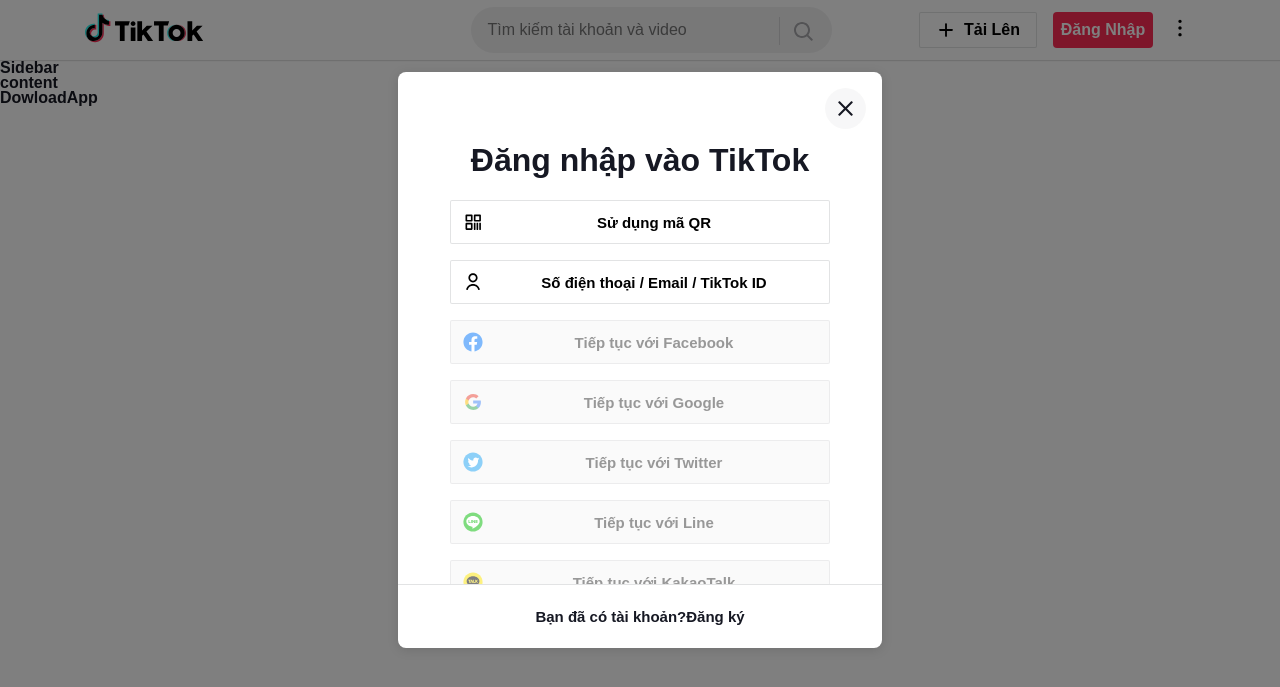
Repository: DinhCuongYP/tiktokclone
Page: /, after clicking the first element matching `button.Button_f8f29_btn`
An editor plug-in stored every save of this project. The page is shown before and after the next save, followed by the edit.
The browser window is 1280 px wide. The pictures show the whole page.
The page's requests for data from a server got no answer. An inner scrolling area shows only its first screen. Some web fonts or font styles are not loaded; a fallback is used. The project was rebuilt for these pictures with package versions that can differ from the ones it lists, and the page was loaded fresh each time. No one was signed in, and anything a server would have sent is missing. Also part of the build but not shown: src/components/Image/Image.module.scss, src/assets/image/index.js, src/components/Image/Image.js, src/components/Image/index.js, src/components/ShowTick/ShowTick.module.scss, src/components/ShowTick/ShowTick.js, src/components/ShowTick/index.js, src/components/Items/SearchAccountItem/SearchAccountItem.module.scss and 15 more. Imported but missing from the stored project, and not drawn on this page: src/layouts/HeaderOnly.

Above is the page before, as saved 2023-03-17 20:51:39.

After the next save:
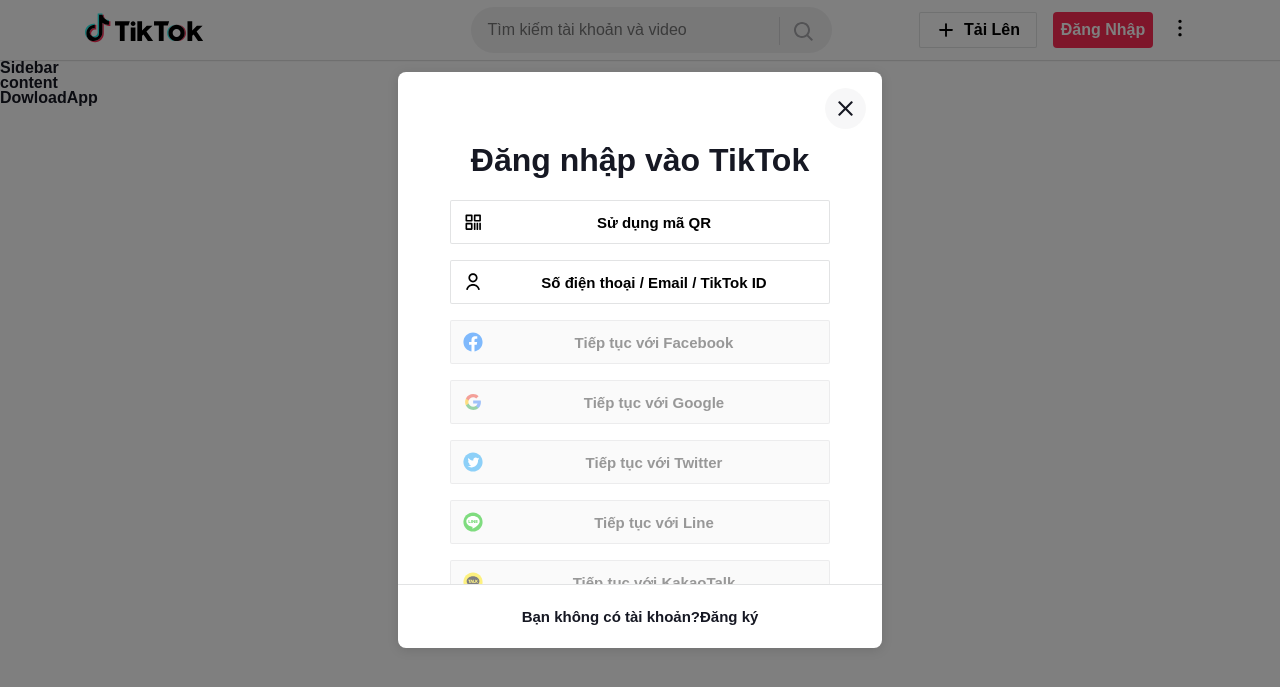
Saved 36 s later.
--- a/src/components/Modal/LoginModal/LoginModal.js
+++ b/src/components/Modal/LoginModal/LoginModal.js
@@ -80,7 +80,7 @@
             </section>
 
             <footer className={cx('footer')}>
-                {registering ? 'Bạn không có tài khoản?' : 'Bạn đã có tài khoản?'}
+                {registering ? 'Bạn đã có tài khoản?' : 'Bạn không có tài khoản?'}
                 <span onClick={registering ? handleGoToLogin : handleGoToRegister}>
                     {registering ? 'Đăng nhập' : 'Đăng ký'}
                 </span>
